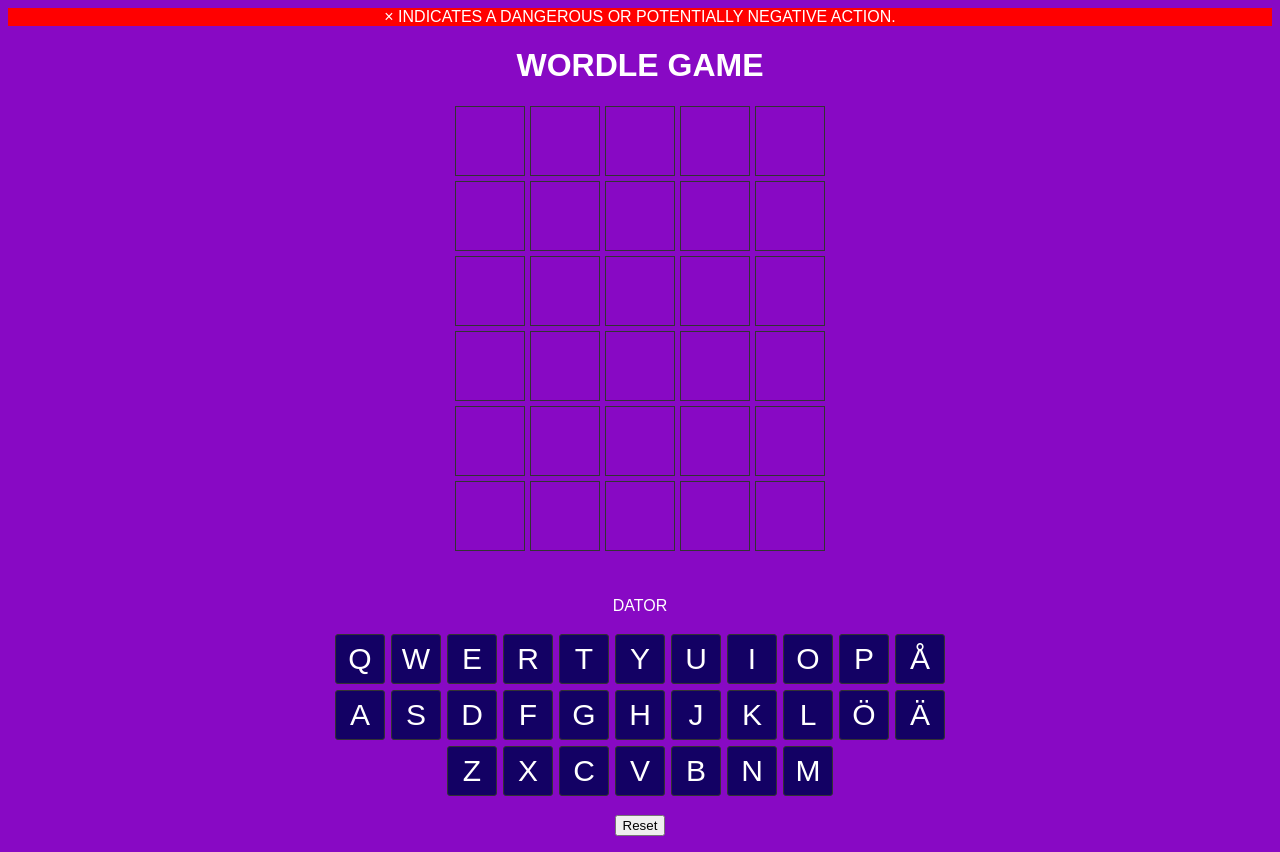
Repository: KarimIsaac/WorldeGame
Page: index.html
The author's editor kept a copy of each file at every save. The page is drawn from the files as they stood at one save, then again after the next save.
The browser window is 1280 px wide. The pictures show the whole page.

Above is the page before, as saved 2022-03-13 07:39:01.

### index.html
<!DOCTYPE html>
<html lang="en">
<head>
    <meta charset="UTF-8">
    <meta http-equiv="X-UA-Compatible" content="IE=edge">
    <meta name="viewport" content="width=device-width, initial-scale=1.0">
    <title>Worlde Game</title>
    <link rel="stylesheet" href="style.css">
</head>
<body>
    <div class="alert">
        <span class="closebtn" onclick="this.parentElement.style.display='none';">&times;</span>
        Indicates a dangerous or potentially negative action.
      </div>
    <h1>Wordle Game</h1>
    <div id="grid"></div>
    <p id="answer"></p>
    <div id="keyboard"></div>

    <p>
      <button onClick="init()">Reset</button>
      </o>

      <script src="script.js"></script>
</body>
</html>

### style.css
html,
body {
  text-align: center;
  background: rgb(136, 9, 196);
  color: white;
  text-transform: uppercase;
  font-family: sans-serif;
}

#grid {
  display: inline-grid;
  grid-template-rows: repeat(6, 70px);
  grid-template-columns: repeat(5, 70px);
  gap: 5px;
  margin-bottom: 30px;
}

#grid div {
  border: 1px solid #333;
  display: flex;
  align-items: center;
  justify-content: center;
  font-size: 40px;
}

#keyboard button {
  appearance: none;
  border: 1px solid #333;
  background: rgb(19, 1, 100);
  color: rgb(255, 255, 255);
  font-size: 30px;
  display: inline-block;
  width: 50px;
  height: 50px;
  line-height: 1;
  margin: 3px;
  text-transform: uppercase;
  border-radius: 3px;
}

.alert{
background-color: red;

}

### script.js
const grid = document.getElementById("grid");
const keyboard = document.getElementById("keyboard");

let answer = "";

const words = [
, "spela"
, "äpple"
, "hoppa"
, "dansa"
, "dator"
, "cykla"
, "skola"
, "TRÄNA"
];

let attempts = [];
let currentAttempt = "";

function drawGrid() {
  grid.innerHTML = "";

  for (i = 0; i < 6; i++) {
    for (j = 0; j < 5; j++) {
      const cell = document.createElement("div");
      grid.appendChild(cell);
    }
  }
}

function drawKeyboard() {
  keyboard.innerHTML = "";

  renderKeyboardRow("qwertyuiopå");
  renderKeyboardRow("asdfghjklöä");
  renderKeyboardRow("zxcvbnm");
}

function renderKeyboardRow(chars) {
  const row = document.createElement("div");

  for (const c of chars) {
    const key = document.createElement("button");
    key.textContent = c;
    key.onclick = () => playLetter(c);

    row.appendChild(key);
  }

  keyboard.appendChild(row);
}

function renderAttempts() {
  for (i = 0; i < attempts.length; i++) {
    const attempt = attempts[i];

    for (j = 0; j < 5; j++) {
      const letter = attempt[j];

      cell = grid.children[i * 5 + j];
      cell.textContent = letter;

      if (letter === answer[j]) {
        cell.style.backgroundColor = "green";
      } else if (answer.includes(letter)) {
        cell.style.backgroundColor = "#bfbf2e";
      } else {
        cell.style.backgroundColor = "#000";
      }
    }
  }
}

function renderCurrentAttempt() {
  for (i = 0; i < 5; i++) {
    const letter = currentAttempt[i] || "";

    cell = grid.children[attempts.length * 5 + i];
    cell.textContent = letter;
  }
}

function playLetter(letter) {
  currentAttempt = currentAttempt + letter;

  renderCurrentAttempt();
}

function handleInput(e) {
  const key = e.key.toLowerCase();

  if (key === "enter" && currentAttempt.length === 5) {
    attempts.push(currentAttempt);
    currentAttempt = "";

    renderAttempts();
  }

  if (key === "backspace" && currentAttempt.length) {
    const letters = currentAttempt.split("");
    letters.pop();
    currentAttempt = letters.join("");

    renderCurrentAttempt();
  }

  if (/^[a-z]$/.test(key) && currentAttempt.length < 5) {
    playLetter(key);
  }
}

function init() {
  attempts = [];
  currentAttempt = "";

  answer = words[Math.floor(Math.random() * words.length)];

  document.getElementById("answer").textContent = answer;

  drawGrid();
  drawKeyboard();

  renderAttempts();
  renderCurrentAttempt();

  document.removeEventListener("keydown", handleInput);
  document.addEventListener("keydown", handleInput);
}

init();

After the next save:
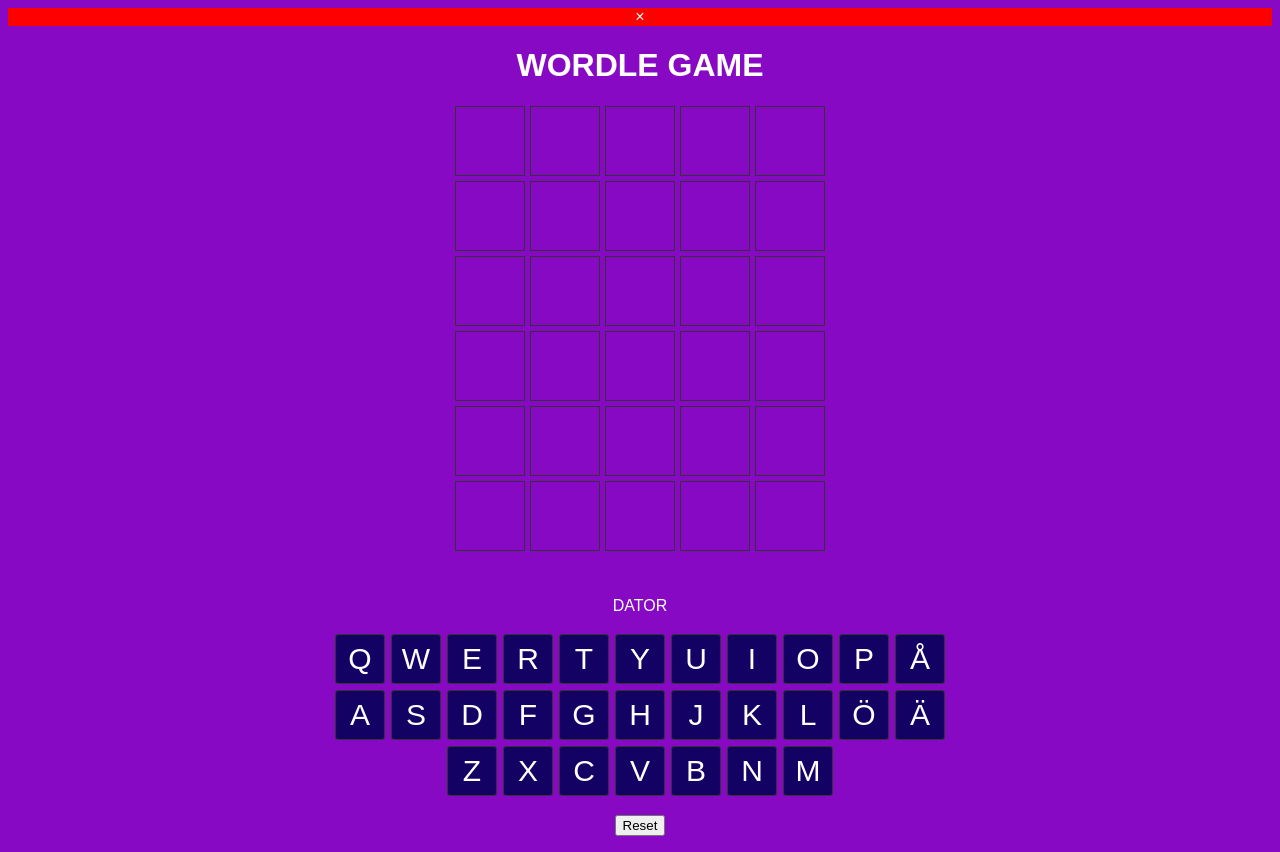
Saved 13 s later.
--- a/index.html
+++ b/index.html
@@ -10,7 +10,7 @@
 <body>
     <div class="alert">
         <span class="closebtn" onclick="this.parentElement.style.display='none';">&times;</span>
-        Indicates a dangerous or potentially negative action.
+
       </div>
     <h1>Wordle Game</h1>
     <div id="grid"></div>
